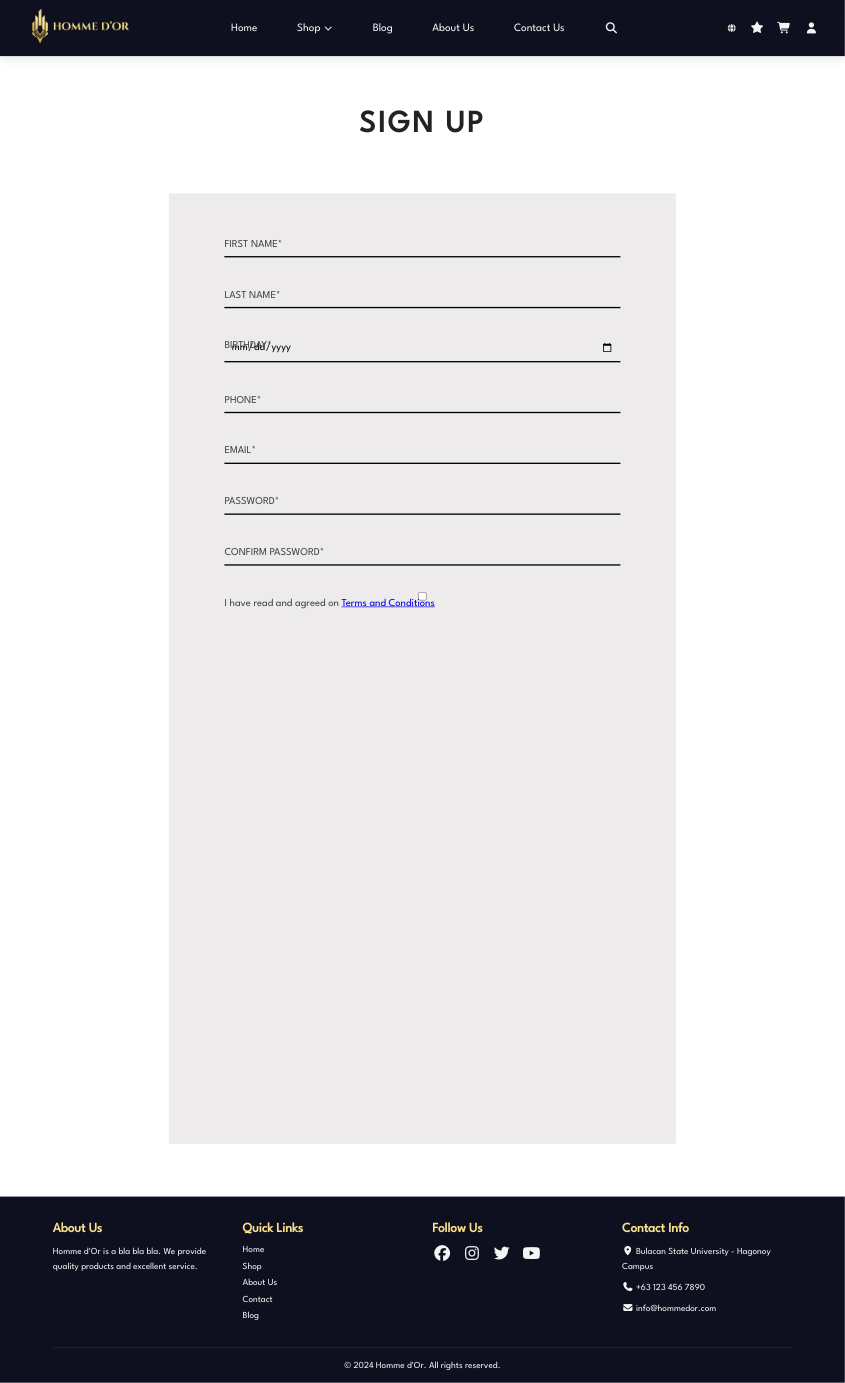
Repository: Izy-Blinken/Homme-d-Or
Page: http://localhost/Homme_dor/pages/signup.php?country=ph
The author's editor kept a copy of each file at every save. The page is drawn from the files as they stood at one save, then again after a run of saves.
The browser window is 1280 px wide. The pictures show the whole page, at 66% of full size.
The page is run by PHP 8.4 with error messages shown; the project is at /var/www/html/.

Above is the page before, as saved 2026-01-24 20:26:15.

After the next 2 saves:
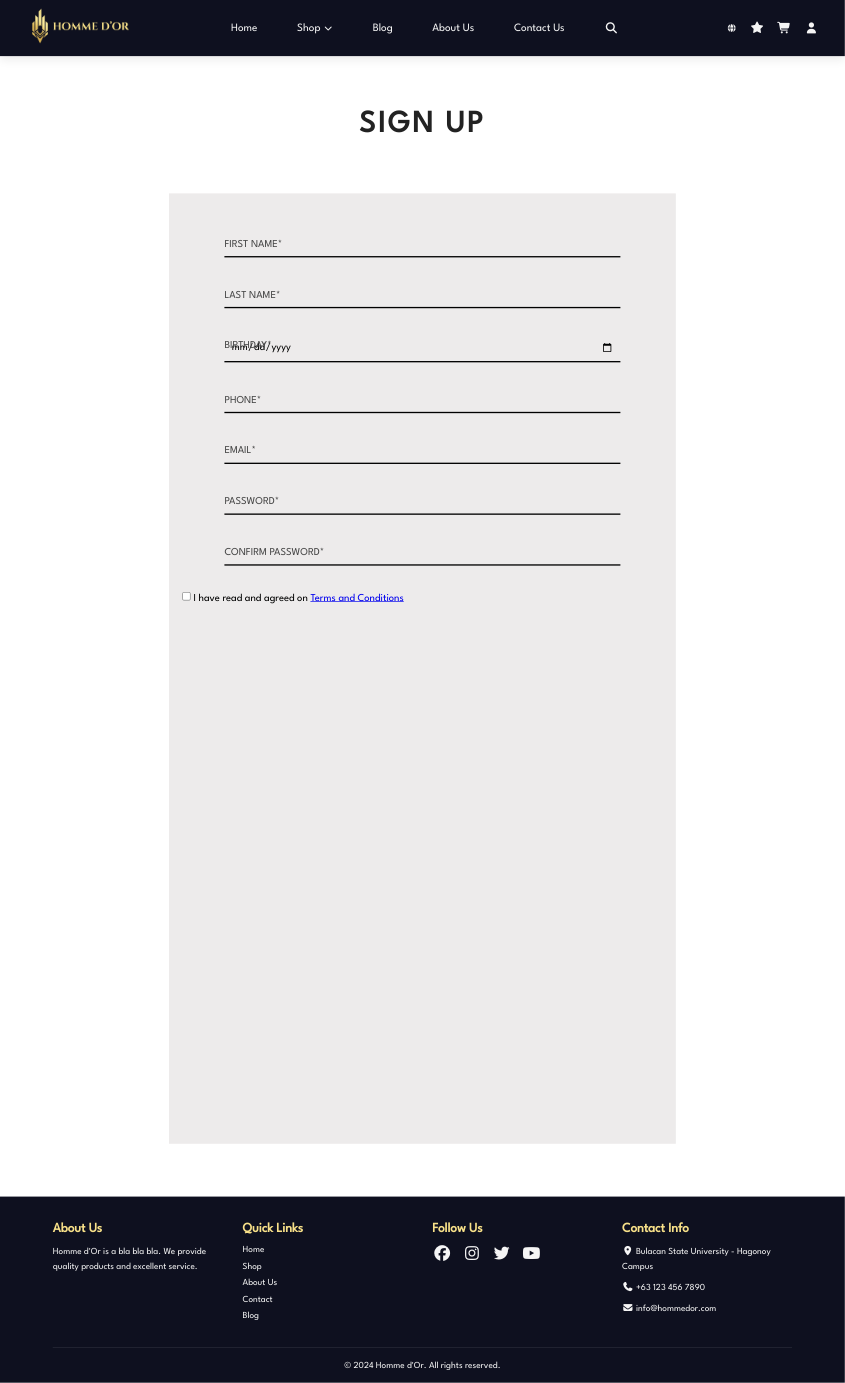
The 2 saves are shown as one change because they came seconds apart.
The last was saved 7 s later.
--- a/pages/signup.php
+++ b/pages/signup.php
@@ -53,7 +53,7 @@
                     <label>CONFIRM PASSWORD*</label>
                 </div>
 
-                <div class="inputGroup">
+                <div class="inputGroupCheck">
                     <input type="checkbox" required>
                     <label>I have read and agreed on <a href="terms.php">Terms and Conditions</a></label>
 
